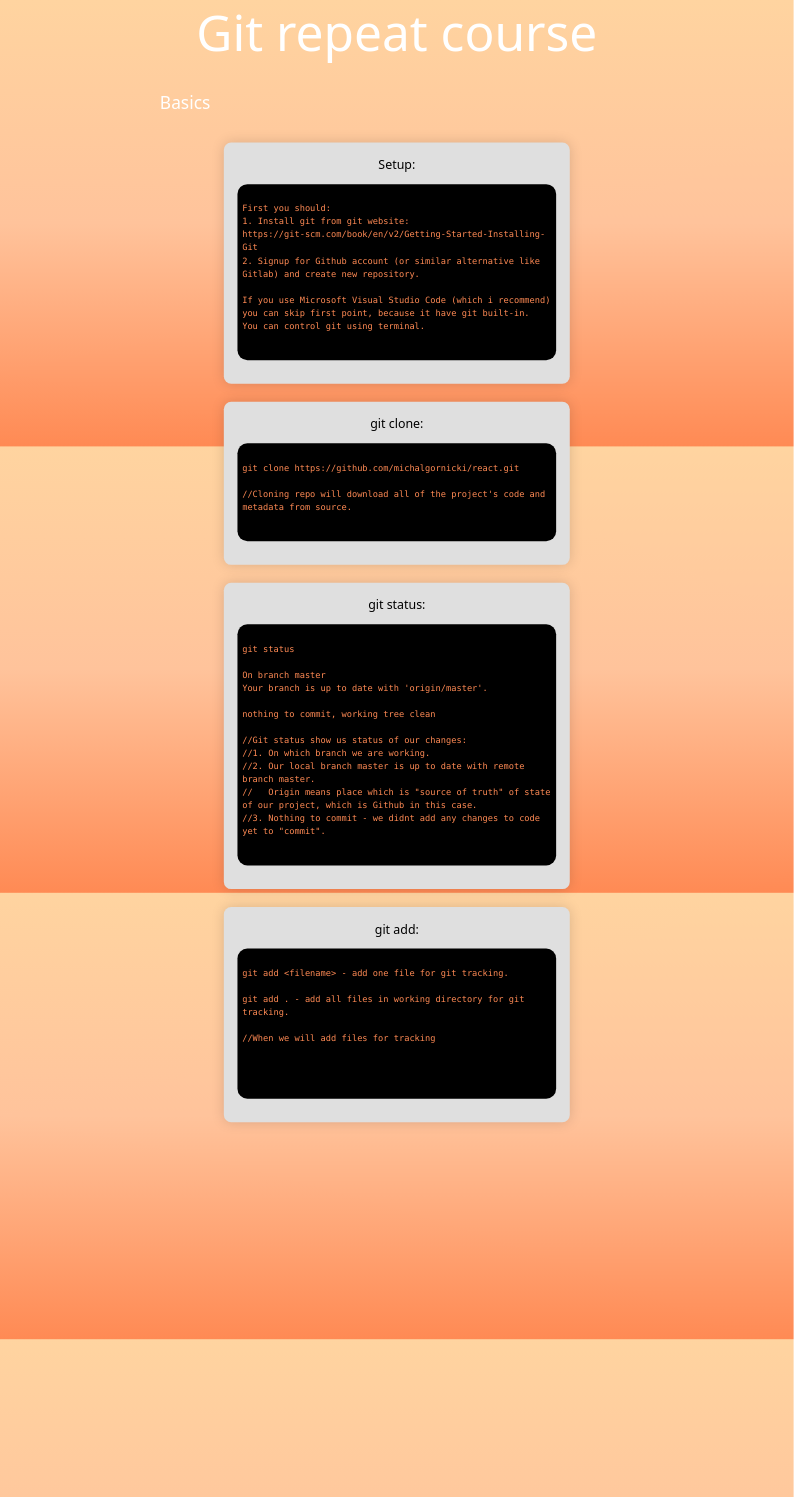
Repository: michalgornicki/git
Page: /
An editor plug-in stored every save of this project. The page is shown before and after the next save, followed by the edit.
The browser window is 1280 px wide. The pictures show the whole page, at 62% of full size.
Backgrounds fixed to the window are drawn as part of the page. The project was rebuilt for these pictures with package versions that can differ from the ones it lists, and the page was loaded fresh each time. Imported but missing from the stored project, and not drawn on this page: src/components/DOM manipulation.jsx, src/components/async.jsx, src/components/loops.jsx, src/components/numbers.jsx, src/components/variables.jsx, src/components/window.jsx.

Above is the page before, as saved 2022-02-10 08:15:27.

### src/App.jsx
import React from "react";
import "./App.css";
import "bootstrap/dist/css/bootstrap.min.css";
import { Route, HashRouter as Router, Routes, Link } from "react-router-dom";
import Arrays from "./components/arrays.jsx"
import Variables from "./components/variables.jsx"
import Numbers from "./components/numbers.jsx"
import Loops from "./components/loops.jsx"
import Async from "./components/async.jsx"
import DOM from "./components/DOM manipulation.jsx"
import Window from "./components/window.jsx"

function App() {


  return (


    <Router>
    <div className="text-center">
      <div className="display-1 mt-1 mb-5 text-white">Git repeat course</div>

      <div className="h3 d-flex w-75 m-auto my-5 justify-content-evenly flex-wrap text-white">

      <Link className="link-style mx-3" to="/">Basics</Link>
      <Link className="link-style mx-3" to="/Numbers"></Link>
      <Link className="link-style mx-3" to="/Variables"></Link>
      <Link className="link-style mx-3" to="/Loops"></Link>
      <Link className="link-style mx-3" to="/Async"></Link>
      <Link className="link-style mx-3" to="/DOM"></Link>
      <Link className="link-style mx-3" to="/Window"></Link>


      </div>

      <Routes>
          <Route path="/" element={<Arrays />} />
          <Route path="/Numbers" element={<Numbers />} />
          <Route path="/Variables" element={<Variables />} />
          <Route path="/Loops" element={<Loops />} />
          <Route path="/Async" element={<Async />} />
          <Route path="/DOM" element={<DOM />} />
          <Route path="/Window" element={<Window />} />
        </Routes>


    </div>
    </Router>
  );
}

export default App;

### src/App.css
@import url('https://fonts.googleapis.com/css2?family=Catamaran:wght@400&display=swap');

body{
    font-family: 'Catamaran', sans-serif;
    overflow-x: hidden;
    padding-bottom: 80vh;
    height: auto;
    background: linear-gradient(rgb(255, 212, 160), rgb(255, 195, 155), rgb(255, 138, 84));
    background-attachment: fixed;
}

.js-item{
    color:rgb(0, 0, 0);
    font-size: 1.25rem;
    background-color: rgb(223, 223, 223);
    transition: 0.2s;
    padding: 3vh;
    margin-bottom: 4vh!important;
    width: 50%;
    margin-left: auto;
    margin-right: auto;
    box-shadow: 0px 0px 20px rgba(0, 0, 0, 0.15);
    border-radius: 0.75rem;
}

.js-item:hover{
    cursor: pointer;
    background-color: rgb(240, 240, 240);
}

.text-pink{
    padding: 0.5rem;
    margin-top: 1rem;
    margin-bottom: 1rem;
    color:rgb(255, 138, 84)!important;
    font-size: 1rem;
    border-radius: 1rem;
    text-align: left;
    background-color: black;
}

pre {
    white-space: pre-wrap;       /* css-3 */
    white-space: -moz-pre-wrap;  /* Mozilla, since 1999 */
    white-space: -pre-wrap;      /* Opera 4-6 */
    white-space: -o-pre-wrap;    /* Opera 7 */
    word-wrap: break-word;       /* Internet Explorer 5.5+ */
   }

.link-style{
    color: inherit;
    text-decoration: inherit;
}

.link-style:hover{
    color: rgb(255, 138, 84);
}

@media only screen and (max-device-width: 600px), (max-width: 600px) {

    .js-item{
        width: 95%;
    }

}

### src/components/arrays.jsx
const Arrays = () => {

  return (
    <div className="container">
      <div className="js-item">
        {" "}
        <div className="">Setup: </div>
        <div className="text-pink">
          <pre>{`
First you should:
1. Install git from git website:
https://git-scm.com/book/en/v2/Getting-Started-Installing-Git
2. Signup for Github account (or similar alternative like Gitlab) and create new repository.

If you use Microsoft Visual Studio Code (which i recommend) you can skip first point, because it have git built-in.
You can control git using terminal.
          `}</pre>
          </div>
      </div>
      <div className="js-item">
        {" "}
        <div className="">git clone: </div>
        <div className="text-pink">
          <pre>{`
git clone https://github.com/michalgornicki/react.git

//Cloning repo will download all of the project's code and metadata from source.
          `}</pre>
          </div>
      </div>

      <div className="js-item">
        {" "}
        <div className="">git status: </div>
        <div className="text-pink">
          <pre>{`
git status

On branch master
Your branch is up to date with 'origin/master'.

nothing to commit, working tree clean

//Git status show us status of our changes:
//1. On which branch we are working.
//2. Our local branch master is up to date with remote branch master.
//   Origin means place which is "source of truth" of state of our project, which is Github in this case.
//3. Nothing to commit - we didnt add any changes to code yet to "commit".
          `}</pre>
          </div>
      </div>
      <div className="js-item">
        {" "}
        <div className="">git add: </div>
        <div className="text-pink">
          <pre>{`
git add <filename> - add one file for git tracking.

git add . - add all files in working directory for git tracking.

//When we will add files for tracking


          `}</pre>
          </div>
      </div>

      </div>
  );
};

export default Arrays;

Loaded but not shown: public/index.html (common file); src/index.js (common file); src/index.css (common file); src/reportWebVitals.js (common file)

After the next save:
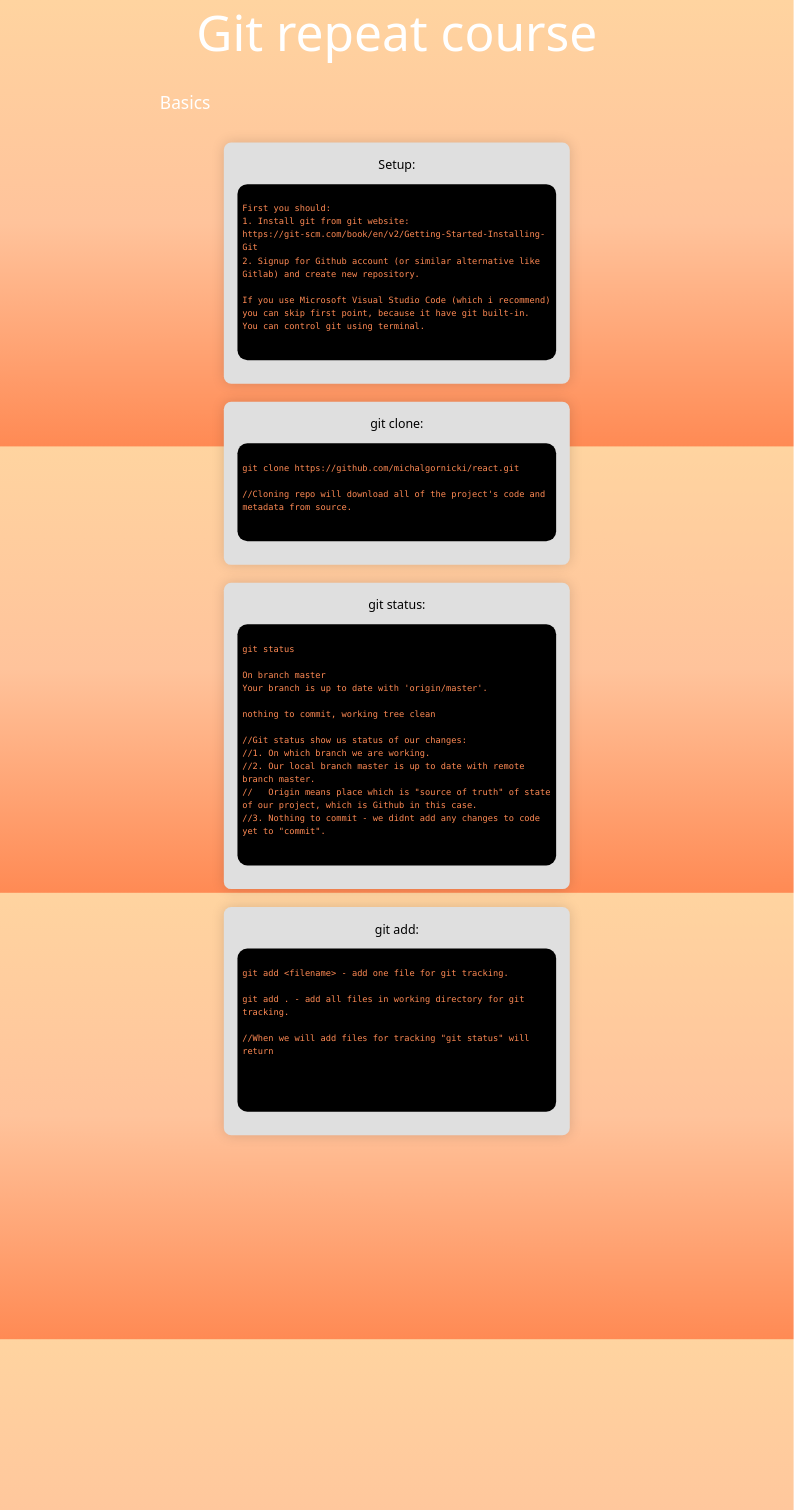
Saved 15 s later.
--- a/src/components/arrays.jsx
+++ b/src/components/arrays.jsx
@@ -58,7 +58,7 @@ git add <filename> - add one file for git tracking.
 
 git add . - add all files in working directory for git tracking.
 
-//When we will add files for tracking
+//When we will add files for tracking "git status" will return
 
 
           `}</pre>
